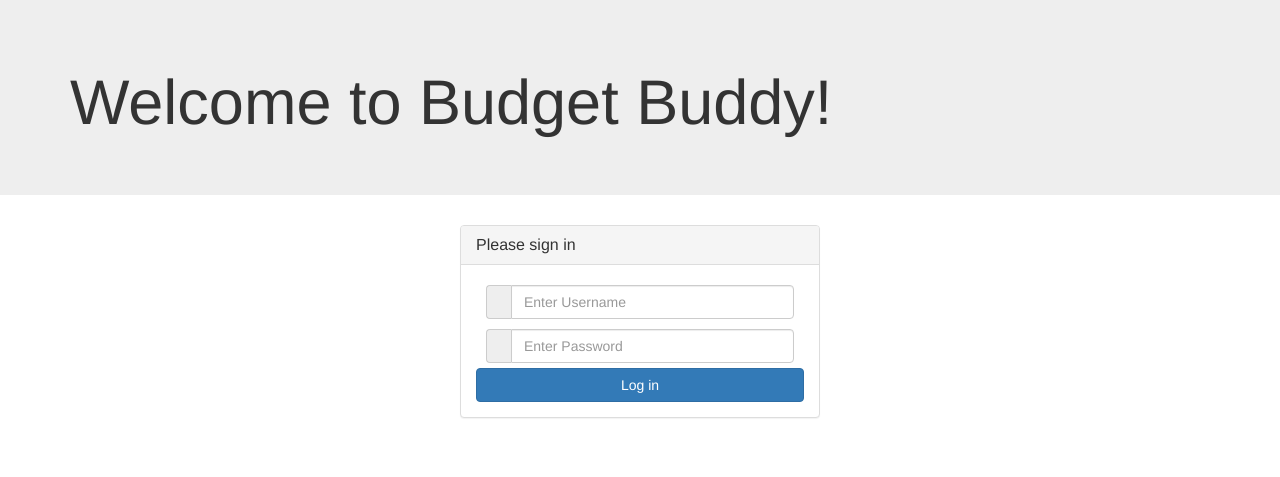
Repository: jdfost1/BudgetBuddy
Page: http://localhost/budgetbuddy/login
These files come from the project's save history. The page is drawn as it stood at one moment and after the next save; the edit follows.
The browser window is 1280 px wide. The pictures show the whole page.
Some web libraries are served in a nearby version. The page is served by Tomcat 9. Other server files are loaded and not shown.

Above is the page before, as saved 2018-10-09 06:29:49.

### budgetbuddy/src/main/webapp/WEB-INF/jsp/login.jsp
<%@ taglib prefix="c" uri="http://java.sun.com/jsp/jstl/core"%>
<%@ taglib prefix="form" uri="http://www.springframework.org/tags/form"%>
<%@ taglib prefix="spring" uri="http://www.springframework.org/tags"%>
<!DOCTYPE html>
<html>
<style type="text/css">
body{
background-color:green;
}
head{
background-color:green;
color:white;
}
</style>
<head>
<meta http-equiv="Content-Type" content="text/html; charset=ISO-8859-1">
<link rel="stylesheet"
   href="//netdna.bootstrapcdn.com/bootstrap/3.0.0/css/bootstrap.min.css">
<title>Budget Buddy Login</title>
</head>
<body>
   <section>
      <div class="jumbotron">
         <div class="container">
            <h1>Welcome to Budget Buddy!</h1>

         </div>
      </div>
   </section>
   <div class="container">
      <div class="row">
         <div class="col-md-4 col-md-offset-4">
            <div class="panel panel-default">
               <div class="panel-heading">
                  <h3 class="panel-title">Please sign in</h3>
               </div>
               <div class="panel-body">
<c:url var="loginUrl" value="/login" />
                  <form action="${loginUrl}" method="post" class="form-horizontal">

                     <c:if test="${param.error != null}">
                        <div class="alert alert-danger">
                           <p>Invalid username and password.</p>
                        </div>
                     </c:if>

                     <c:if test="${param.logout != null}">
                        <div class="alert alert-success">
                           <p>You have been logged out successfully.</p>
                        </div>
                     </c:if>

                     <c:if test="${param.accessDenied != null}">
                        <div class="alert alert-danger">
                           <p>Access Denied: You are not authorised! </p>
                        </div>
                     </c:if>

                     <div class="input-group input-sm">
                        <label class="input-group-addon" for="username"><i
                           class="fa fa-user"></i></label> <input type="text" class="form-control"
                           id="userId" name="userId" placeholder="Enter Username"
                           required>
                     </div>
                     <div class="input-group input-sm">
                        <label class="input-group-addon" for="password"><i
                           class="fa fa-lock"></i></label> <input type="password"
                           class="form-control" id="password" name="password"
                           placeholder="Enter Password" required>
                     </div>

                     <div class="form-actions">
                        <input type="submit"
                           class="btn btn-block btn-primary btn-default" value="Log in">
                     </div>
                  </form>
               </div>
            </div>
         </div>
      </div>
   </div>
</body>

After the next save:
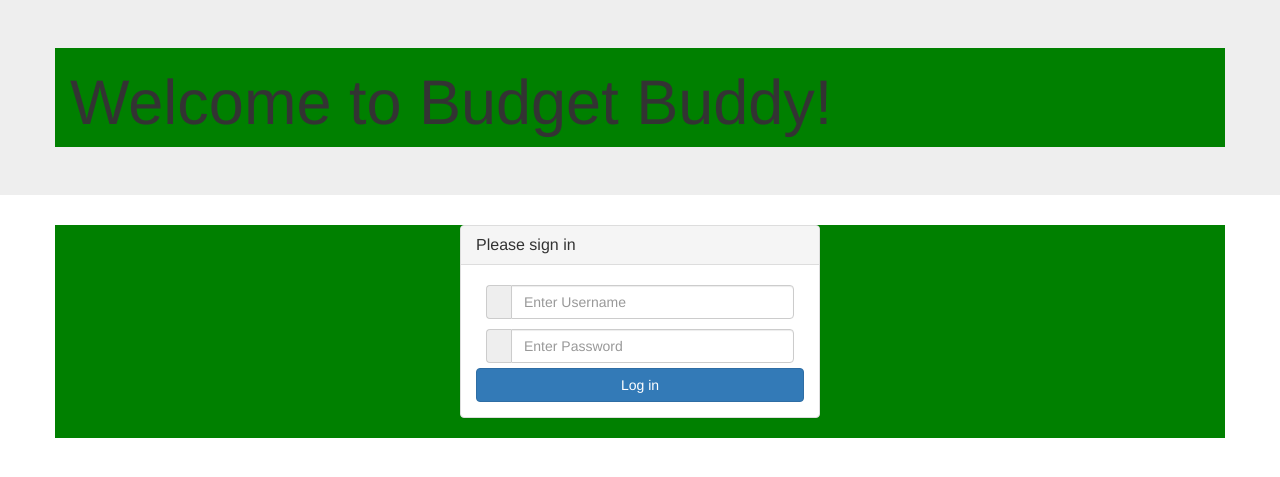
Saved 3 min 23 s later.
--- a/budgetbuddy/src/main/webapp/WEB-INF/jsp/login.jsp
+++ b/budgetbuddy/src/main/webapp/WEB-INF/jsp/login.jsp
@@ -4,6 +4,9 @@
 <!DOCTYPE html>
 <html>
 <style type="text/css">
+.container{
+background-color:green;
+}
 body{
 background-color:green;
 }
